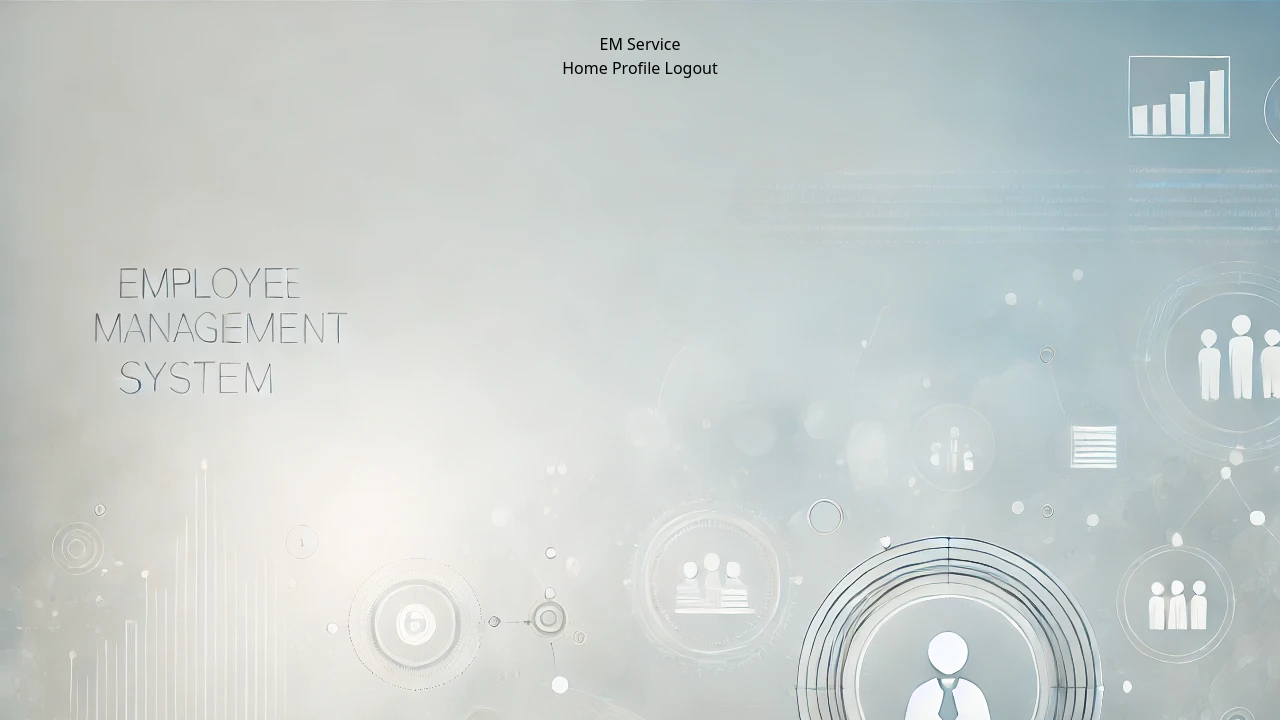
Repository: Vaibhav979/EmployeeManagement-Spring
Page: / (app in em-project-view/)
These files come from the project's save history. The page is drawn as it stood at one moment and after the next save; the edit follows.
The browser window is 1280 px wide. The pictures show the whole page.
The project was rebuilt for these pictures with package versions that can differ from the ones it lists, and the page was loaded fresh each time. Also part of the build but not shown: em-project-view/vite.config.js.

Above is the page before, as saved 2025-01-02 22:29:13.

### em-project-view/src/App.jsx
import { useState } from "react";
import "./App.css";

function App() {
  return (
    <div>
      <h1>EM Service</h1>
      <a href="/"> Home </a>
      <a href="/"> Profile </a>
      <a href="/"> Logout </a>
    </div>
  );
}

export default App;

### em-project-view/src/App.css
#root {
  max-width: 1280px;
  margin: 0 auto;
  padding: 2rem;
  text-align: center;
}

.App {
  text-align: left;
}

body {
  background-image: url(./assets/image.png);
}

Loaded but not shown: em-project-view/index.html (common file); em-project-view/src/main.jsx (common file); em-project-view/src/index.css (common file); em-project-view/tailwind.config.js (common file)

After the next save:
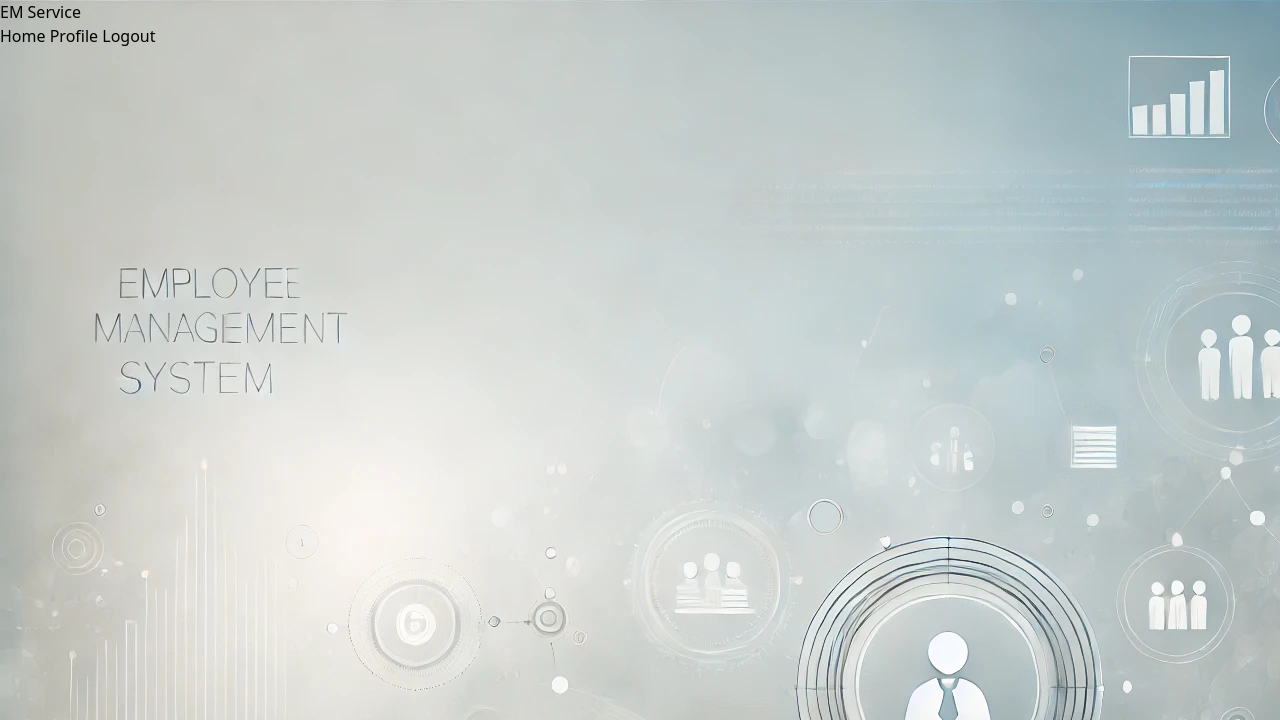
Saved 20 s later.
--- a/em-project-view/src/App.css
+++ b/em-project-view/src/App.css
@@ -1,9 +1,9 @@
-#root {
+/* #root {
   max-width: 1280px;
   margin: 0 auto;
   padding: 2rem;
   text-align: center;
-}
+} */
 
 .App {
   text-align: left;
